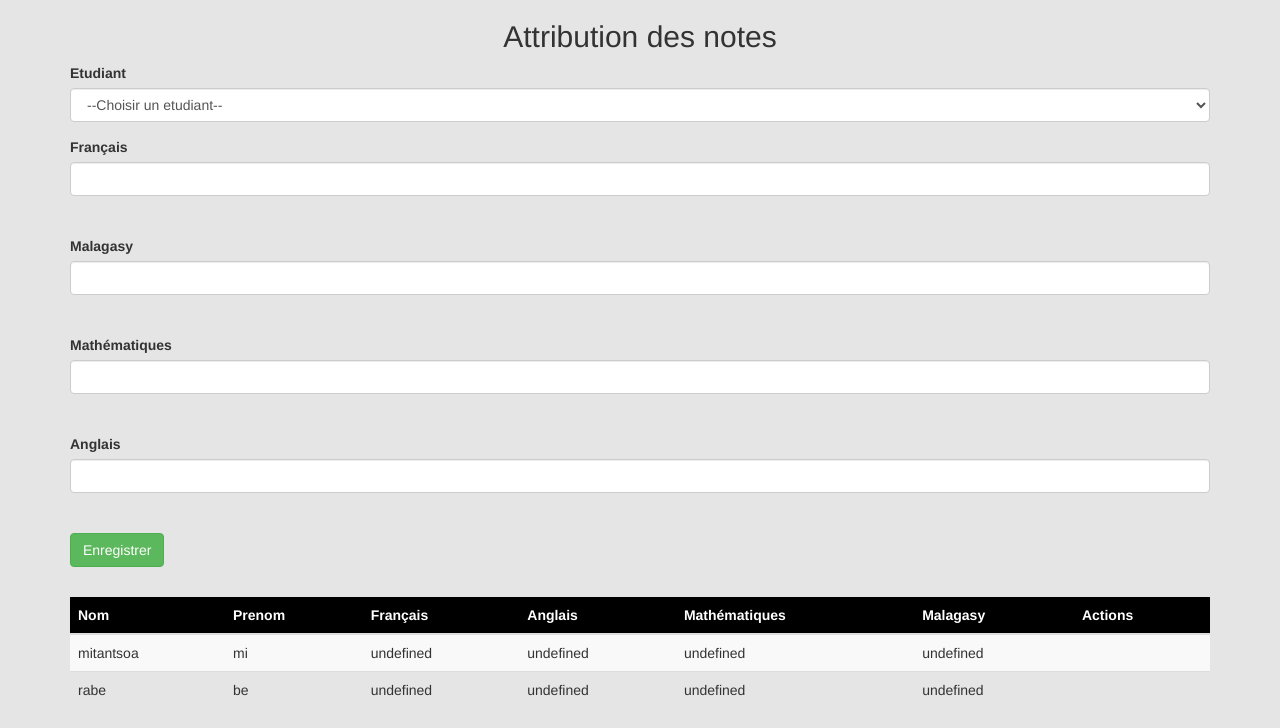
Repository: mitantsoa1/CRUD-note
Page: http://localhost/note
An editor plug-in stored every save of this project. The page is shown before and after the next save, followed by the edit.
The browser window is 1280 px wide. The pictures show the whole page.
The page is run by PHP 8.4 with error messages shown; the project is at /var/www/html/. The database holds what the project's SQL file puts in it.

Above is the page before, as saved 2021-02-12 14:40:55.
Console error: SyntaxError: Unexpected token '<'

### index.php
<?php

require_once ("Controls/Controllers.class.php");
// require_once ("Models/Database.class.php");
// Database::init("localhost","stage","root","");

if(isset($_GET['action'])){
    if(method_exists("Controllers",$_GET['action'])){
        $reflect = new ReflectionMethod("Controllers",$_GET['action']);
        $class = "Controllers";
        $reflect -> invoke(new $class);
    }else{
        Controllers::loadView("erreur.php");
    }
}else{
    Controllers::loadView("indexView.php");
}

?>

### Controls/Controllers.class.php
<?php
	class Controllers{

		public static function loadView($page){
			$page = htmlspecialchars(trim($page)) ;
			include("Views/".$page) ;
		}
		public function index(){
			Controllers::loadView("indexView");
		}
		// pour inclure les portions de page
		public static function includeTemplate($template)
		{
			$template = htmlspecialchars(trim($template));
			include "Views/template_parts/" . $template;
		}
		// inclure du JavaScript
		public static function includeJS($fields)
		{
			$script = "";
			for ($i = 0; $i < count($fields) - 1; $i++) {
				$code = htmlspecialchars(trim($fields[$i]));
				$script .= '<script src="Publics/js/' . $code . '.js"></script>' . "\n\t";
			}
			if ($i == count($fields) - 1) {
				$code = htmlspecialchars(trim($fields[count($fields) - 1]));
				$script .= '<script src="Publics/js/' . $code . '.js"></script>' . "\n";
			}
			echo $script;
		}
		// inclure du CSS
		public static function includeCSS($fields)
		{
			$css = "";
			for ($i = 0; $i < count($fields) - 1; $i++) {
				$code = htmlspecialchars(trim($fields[$i]));
				$css .= '<link rel="stylesheet" href="Publics/css/' . $code . '.css">' . "\n\t";
			}
			if ($i == count($fields) - 1) {
				$code = htmlspecialchars(trim($fields[count($fields) - 1]));
				$css .= '<link rel="stylesheet" href="Publics/css/' . $code . '.css">' . "\n";
			}
			echo $css;
		}

		public function note(){
			Controllers::loadView("note2.php");
		}
		public function matiere(){
			Controllers::loadView("matiere.php");
		}
	}

 ?>

### Views/note2.php
<!DOCTYPE html>
<html lang="en">
<head>
    <meta charset="UTF-8">
    <meta http-equiv="X-UA-Compatible" content="IE=edge">
    <meta name="viewport" content="width=device-width, initial-scale=1.0">
    <title>NOTE</title>
    <?php
Controllers::includeCSS(["all","bootstrap.min","sweetalert2.min","style","util"]);
?>
</head>
<body>
    <div class="container note-content">
        <h2 class="text-center">Attribution des notes</h2>
        <form action="" id="formulaire">

            <?php
                include('Models/Database.class.php');
                $db = new Database();
                $tab = $db->select("etudiant")
                            ->execute(null);
                echo "<div class='form-group'><label> Etudiant</label> <select id='select_etudiant_note' class='form-control'>
                 <option value='choisir' selected='selected'>--Choisir un etudiant--</option>";

                    for($i=0;$i<count($tab);$i++){
                        echo"
                            <option value='".$tab[$i]->id."'>".$tab[$i]->nom." ".$tab[$i]->prenom."</option>
                        ";
                    }

                echo "</select></div>";




            ?>
            <input type="hidden" id="id_note">
            <label for="">Français</label>
            <input type="number" id="fr" class="form-control"><br><br>
            <label for="">Malagasy</label>
            <input type="number" id="mal" class="form-control"><br><br>

            <label for="">Mathématiques</label>
            <input type="number" id="maths" class="form-control"><br><br>
            <label for="">Anglais</label>
            <input type="number" id="ang" class="form-control"><br><br>

                <a href="#" class="btn btn-success" id="b_note">Enregistrer</a>
                <a href="#" id="b_matiere_modif" class="hide btn btn-success">Modifier</a>
                <a href="#" id="b_matiere_annuler" class="hide btn btn-info hide">Annuler</a>


        </form>
        <br>
    </div>
    <div class="container">
        <div class="total_note"></div>
    </div>


 <?php
Controllers::includeJS(["jquery","bootstrap.min","all","sweetalert2.min","form-plugin","note2","note_function"]);
?>
</body>
</html>

### Models/Database.class.php
<?php
class Database{
	private $query,$nombreParam, $lastTable;
	private static $conn,$host,$base,$user,$pass,$port ;
		// bd = new PDO("mysql:host=localhost;dbname=nom","user","pass")
		// initialisation
	public static function init($hote,$base,$port,$user,$pass) {
		self::$host=htmlspecialchars(trim($hote)) ;
		self::$base=htmlspecialchars(trim($base)) ;
		self::$user=htmlspecialchars(trim($user)) ;
		self::$pass=htmlspecialchars(trim($pass)) ;

	}
	public static function db() {
		$options = array(PDO::MYSQL_ATTR_INIT_COMMAND => 'SET NAMES utf8',
);


		$url ="mysql:host=".self::$host.";port=".self::$port.";dbname=".self::$base;
		if(!isset(self::$conn)) {
			self::$conn = new PDO($url,self::$user,self::$pass,$options);
		}
		return self::$conn ;

	}
		// execution du requete
	public function execute($value=null) {

			// tester s'il y des trous dans les requetes
			// si c'est une requete de selection
		if (strpos($this->query,"SELECT")>-1) {

			if (strpos($this->query,"?")>-1 ){
				$req = self::db()->prepare($this->query) ;
				$req->execute($value) ;
			}
			else {
				$req = self::db()->query($this->query) ;
			}


			return $req->fetchAll(PDO::FETCH_OBJ);
		}
		else {
			if (strpos($this->query,"?")>-1 ){
				$req = self::db()->prepare($this->query) ;
				$req->execute($value) ;

			}
			else {
				self::db()->query($this->query) ;
			}


			return 0 ;
		}



	}
	public function getQuery() {
		echo $this->query ;
	}
	public function select($table){
		$table=htmlspecialchars(trim($table)) ;
		$this->query = "SELECT * FROM ".$table ;
		$this->lastTable =$table ;
		return $this ;
	}
	public function where($id,$operateur){
		$this->query .= " WHERE ".$id."".$operateur."?";

		return $this ;
	}
	public function et($id,$operateur) {
		$this->query .= " AND ".$id."".$operateur."?";

		return $this ;
	}
	public function ou($id,$operateur) {
		$this->query .= " OR ".$id."".$operateur."?";

		return $this ;
	}
		// insertion
	public function insert($table) {
		$this->query="INSERT INTO ".$table ;
		return $this ;
	}
	// mise à jours
	public function update($table) {
		$this->query="UPDATE ".$table ;
		return $this ;
	}
	public function parametters($fields) {
		if (strpos($this->query,"INSERT")>-1){
			// insertion
			$listeFields="(" ;
			$valeur="VALUES (" ;
			for ($i=0; $i <count($fields) ; $i++) {
				$listeFields.=$fields[$i]."," ;
				$valeur.="?," ;
			}

			$listeFields=trim($listeFields,",").")" ;

			$valeur=trim($valeur,",").")" ;
			$this->query.=" ".$listeFields ;
			$this->query.=" ".$valeur ;
		}
		else if (strpos($this->query,"UPDATE")>-1){
			$listeFields="SET " ;
			for ($i=0; $i <count($fields); $i++) {
				$listeFields.=$fields[$i]."=?," ;
			}
			$listeFields=trim($listeFields,",") ;
			$this->query.=" ".$listeFields ;
		}

		return $this ;
	}

		// suppréssion
	public function delete($table) {
		$table=htmlspecialchars(trim($table)) ;
		$this->query=" DELETE FROM ".$table;
		return $this ;
	}
	public function order($param) {
		$this->query.=" ORDER BY " ;
		$listeOrder="" ;
		foreach ($param as $key => $value) {
			$listeOrder.=$key. " ".$value."," ;
		}
		$listeOrder=trim($listeOrder,",") ;
		$this->query.=$listeOrder ;
		return $this ;
	}
	public function inner($table2,$id1) {
		$table2=htmlspecialchars(trim($table2)) ;
		$id1= htmlspecialchars(trim($id1)) ;

		$this->query.=" INNER JOIN ".$table2." ON ".$this->lastTable.".".$id1."=".$table2.".".$id1 ;
		$this->lastTable=$table2;
		return $this;
	}
	// inner join id différent
	public function innerD($table2,$id1,$id2) {
		$table2=htmlspecialchars(trim($table2)) ;
		$id1= htmlspecialchars(trim($id1)) ;

		$this->query.=" INNER JOIN ".$table2." ON ".$this->lastTable.".".$id1."=".$table2.".".$id2 ;
		$this->lastTable=$table2;
		return $this;
	}
	public function sum($table,$fields) {
		$fields = htmlspecialchars(trim($fields)) ;
		$table = htmlspecialchars(trim($table)) ;
		$this->query="SELECT SUM(".$fields.") AS somme FROM ".$table ;
		return $this ;
	}
	// selection avec paramètre
	public function selectParam($table,$listeFields) {
		$reqBase ="SELECT " ;
		for ($i=0; $i <count($listeFields) ; $i++) {
			$reqBase.=$listeFields[$i]."," ;
		}
		$this->query = trim($reqBase,",")." FROM ".$table;
		return $this ;


	}
	public function customSelect($requete) {
		$req = self::db()->query($requete) ;

		return $req->fetchAll(PDO::FETCH_OBJ);
	}

}
	Database::init("localhost","scolarite","3306","root","");

	//ALTER TABLE `note` ADD `francais` IF NOT EXISTS DOUBLE NOT NULL DEFAULT '0.0'
// $db = new Database();
// //  $tab = $db->select("note")
                //  $db->select("note")
                //     ->inner("etudiant","id")
				// 	->getQuery();
?>

### Views/erreur.php
<!DOCTYPE html>
<html lang="fr">
<head>
    <meta charset="UTF-8">
    <meta name="viewport" content="width=device-width, initial-scale=1.0">
    <title>Page invalide</title>
</head>
<body>
    <h1>ERROR 404</h1>

        <p>Cette page n'est pas disponible</p>
</body>
</html>

### Controls/ajax.php
<?php
    include("../Models/Database.class.php");
    header('Content-type: application/json');
    $db = new Database();

    if(isset($_POST['data'])){
        $tab = $db->select("etudiant")
                ->execute();
        echo json_encode($tab);
    }

    if(isset($_POST['nom'])){
        $nom = htmlspecialchars(trim($_POST['nom']));
        $prenom = htmlspecialchars(trim($_POST['prenom']));
        $dtn = htmlspecialchars(trim($_POST['date_naissance']));
        $sexe = $_POST['sexe'];

        $db->insert("etudiant")
            ->parametters(["nom","prenom","date_de_naissance","sexe"])
            ->execute([$nom,$prenom,$dtn,$sexe]);
        echo json_encode("ok");
    }

    if(isset($_POST['id_effacer'])){
        $db->delete("etudiant")
            ->where("id","=")
            ->execute([$_POST['id_effacer']]);
        echo json_encode("effacer");
    }

    if(isset($_POST['id_modifier'])){
        $tab=$db->select("etudiant")
            ->where("id","=")
            ->execute([$_POST['id_modifier']]);
        echo json_encode($tab);
    }
    if(isset($_POST['nom_modif'])){
        $nom = htmlspecialchars(trim($_POST['nom_modif']));
        $prenom = htmlspecialchars(trim($_POST['prenom']));
        $dtn = htmlspecialchars(trim($_POST['date_naissance']));
        $sexe = $_POST['sexe'];
        $id = htmlspecialchars(trim($_POST["id"]));

        $db->update("etudiant")
            ->parametters(["nom","prenom","date_de_naissance","sexe"])
            ->where("id","=")
            ->execute([$nom,$prenom,$dtn,$sexe,$id]);
        echo json_encode("ok");
    }

    if(isset($_POST['etudiant'])){
        $tab=$db->select("etudiant")
                ->where("id","=")
                ->execute([$_POST['etudiant']]);
        echo json_encode($tab);
    }

    if(isset($_POST["affiche_matiere"])){
        $tab=$db->select("matiere")
                ->execute(null);
        echo json_encode($tab);
    }

    if(isset($_POST["nom_matiere"])){
        $matiere = htmlspecialchars(trim($_POST["nom_matiere"]));
        $tab=$db->select("matiere")
                ->where("nom_matiere","=")
                ->execute([$matiere]);

                if(count($tab)>0){
                    echo json_encode("non");
                }else{
                    $db->insert("matiere")
                        ->parametters(["nom_matiere"])
                        ->execute([$matiere]);
                        //APINA ALTER TABLE
                    echo json_encode("ok");
                }
    }

    if(isset($_POST['id_mat_effacer'])){
        $db->delete("matiere")
            ->where("id_matiere","=")
            ->execute([$_POST['id_mat_effacer']]);
        echo json_encode("effacer");
    }

    if(isset($_POST['id_mat_modifier'])){
        $tab=$db->select("matiere")
            ->where("id_matiere","=")
            ->execute([$_POST['id_mat_modifier']]);
        echo json_encode($tab);
    }
    if(isset($_POST['nom_mat_modif'])){
        $matiere = htmlspecialchars(trim($_POST['nom_mat_modif']));
        $id = htmlspecialchars(trim($_POST["id"]));

        $db->update("matiere")
            ->parametters(["nom_matiere"])
            ->where("id_matiere","=")
            ->execute([$matiere,$id]);
        echo json_encode("ok");
    }

    if(isset($_POST['affiche_note'])){
        $tab = $db->select("matiere")
                    ->execute(null);

        echo json_encode($tab);

    }

    if(isset($_POST['id_etudiant'])){
        $tab = $db->select("note")
                    ->innerD("etudiant","id_etudiant","id")
                    ->et("note.id_etudiant","=")
                    ->execute([$_POST['id_etudiant']]);

                    echo json_encode($tab);
    }

    if(isset($_POST['tosend'])){
        $fr=htmlspecialchars(trim($_POST['français'])) ;
        $en =htmlspecialchars(trim($_POST['english']));
        $maths =htmlspecialchars(trim( $_POST['mathematiques'])) ;
        $mal =htmlspecialchars(trim($_POST['Malagasy'])) ;

        $db->insert("note")
           ->parametters(["id_etudiant","francais","english","mathematiques","Malagasy"])
           ->execute([6,$fr,$en,$maths,$mal]);
    }

    if(isset($_POST['id_et'])){
        $fr=htmlspecialchars(trim($_POST['fr'])) ;
        $ang =htmlspecialchars(trim($_POST['ang']));
        $maths =htmlspecialchars(trim( $_POST['maths'])) ;
        $mal =htmlspecialchars(trim($_POST['mal'])) ;
        $id_et = $_POST['id_et'];

        $tab =$db->select("note")
                ->where("id","=")
                    ->execute([$id_et]);
            if(count($tab)>0){
                echo json_encode("erreur");
            }else{
                $db->insert("note")
                    ->parametters(["id","francais","anglais","mathematiques","Malagasy"])
                    ->execute([$id_et,$fr,$ang,$maths,$mal]);
                    echo json_encode("ok");
            }

    }

    // if(isset($_POST['AllNote2'])){
    //     $table = $db->select("note")
    //                 // ->inner("note","id")
    //                 ->execute(null);
    //     echo json_encode($table);
    // }

    if(isset($_POST['id_effacer_note'])){
        $db = $db->delete("note")
                ->where("id_note","")
                ->execute([$_POST['id_effacer_note']]);
            echo json_encode("delete");

    }

    if(isset($_POST['id_mod_note'])){
        $tab = $db->select("note")
                    ->where("id_note","=")
                    ->execute([$_POST['id_mod_note']]);
        echo json_encode($tab);
    }
    if(isset($_POST['id_et_modif'])){
        $fr=htmlspecialchars(trim($_POST['fr'])) ;
        $ang =htmlspecialchars(trim($_POST['ang']));
        $maths =htmlspecialchars(trim( $_POST['maths'])) ;
        $mal =htmlspecialchars(trim($_POST['mal'])) ;
        $id_et = $_POST['id_et'];
        $id_n = htmlspecialchars(trim($_POST['id_n'])) ;


                $db->update("note")
                    ->parametters(["id","francais","anglais","mathematiques","Malagasy"])
                    ->where("id_note","=")
                    ->execute([$id_et,$fr,$ang,$maths,$mal,$id_n]);
                    echo json_encode("ok");


    }

?>

### Publics/css/style.css
body {
    margin: 0;
    padding: 0;
    background: rgba(0, 0, 0, .1);
}

.content {
    width: 50vw;
    min-width: 300px;
    background: white;
    padding: 10px 20px 0 !important;
    margin: 10px auto;
    border: white 1px solid !important;
    border-radius: 10px !important;
}

.content .titre {
    padding: 0;
    margin: 0;
}

.boutton {
    display: block;
    margin: 0 auto;
    width: 100px;
}

#btn_modification {
    margin-left: 30%;
}

.table_etudiant {
    position: relative;
    height: auto;
    max-height: 150px;
    overflow: auto;
}

.table_etudiant thead {
    position: sticky;
    top: 0;
    background: black;
    color: white;
}

### Publics/js/note2.js
function selectionNote() {
    $.ajax({
        url: "Controls/ajax.php",
        type: "POST",
        data: "data=AllNote2",
        datatype: "json",
        success: function(data) {
            console.log(data);
            if (data.length > 0) {
                var table_affichage = "<div class='table_etudiant'> <table class='table table-striped  m-t-10' style='position: relative !important;'><thead style='position: sticky !important;z-index: 1000;'><th>Nom</th><th>Prenom</th><th>Français</th><th>Anglais</th><th>Mathématiques</th><th>Malagasy</th><th>Actions</th></thead><tbody>";
                for (var i = 0; i < data.length; i++) {
                    table_affichage = table_affichage + "<tr><td>" + data[i].nom + "</td><td>" + data[i].prenom + "</td><td>" + data[i].francais + "</td><td>" + data[i].anglais + "</td><td>" + data[i].mathematiques + "</td><td>" + data[i].Malagasy + "</td><td><a href='#' class=' glyph'  data-toggle='tooltip' data-placement='bottom' title='effacer' onclick='eff(" + data[i].id_note + ")'> <i class='fa fa-trash'></i></a><a href='#' class='glyph' data-toggle='tooltip'  data-placement='bottom' title='modifier' onclick='mod(" + data[i].id_note + ")'> <i class='fa fa-edit'></i></a>";
                }
                table_affichage = table_affichage + "</td></tr></tbody></table></div>";

                $('.total_note').html(table_affichage);
            } else {
                $('.total_note').html("Il n'y a pas d'etudiant");
            }

        }
    })
}
selectionNote();

$('#b_note').on('click', function() {
    var id_et = $('#select_etudiant_note').val();
    var fr = $('#fr').val();
    var mal = $('#mal').val();
    var maths = $('#maths').val();
    var ang = $('#ang').val();

    var data = "id_et=" + id_et + "&fr=" + fr + "&mal=" + mal + "&maths=" + maths + "&ang=" + ang;

    $.ajax({
        url: "Controls/ajax.php",
        type: "POST",
        data: data,
        datatype: "json",
        success: function(data) {

            if (data == "ok") {
                selectionNote();
                $('#fr').val("");

                $('#mal').val("");

                $('#maths').val("");

                $('#ang').val("");

                Swal.fire({
                    position: "center",
                    icon: "success",
                    title: "succes!"
                });

            } else if (data == "erreur") {
                Swal.fire({
                    position: "center",
                    icon: "warning",
                    title: "Impossible!"
                });
            }

        }
    })
})

### scolarite.sql (the tables this page reads)
CREATE TABLE IF NOT EXISTS `etudiant` (
  `id` int(11) NOT NULL AUTO_INCREMENT,
  `nom` varchar(255) NOT NULL,
  `prenom` varchar(255) NOT NULL,
  `date_de_naissance` date NOT NULL,
  `sexe` varchar(30) NOT NULL,
  PRIMARY KEY (`id`)
) ENGINE=MyISAM AUTO_INCREMENT=9 DEFAULT CHARSET=utf8;

INSERT INTO `etudiant` (`id`, `nom`, `prenom`, `date_de_naissance`, `sexe`) VALUES
(5, 'mitantsoa', 'mi', '2021-01-26', 'femme'),
(8, 'rabe', 'be', '2021-01-25', 'femme');

Loaded but not shown: Publics/css/all.css (library); Publics/css/bootstrap.min.css (library); Publics/css/sweetalert2.min.css (library); Publics/js/jquery.js (library); Publics/js/bootstrap.min.js (library); Publics/js/form-plugin.js (167 lines, source omitted); Publics/js/note_function.js (104 lines, source omitted); Publics/css/util.css (9878 lines, source omitted)

After the next save:
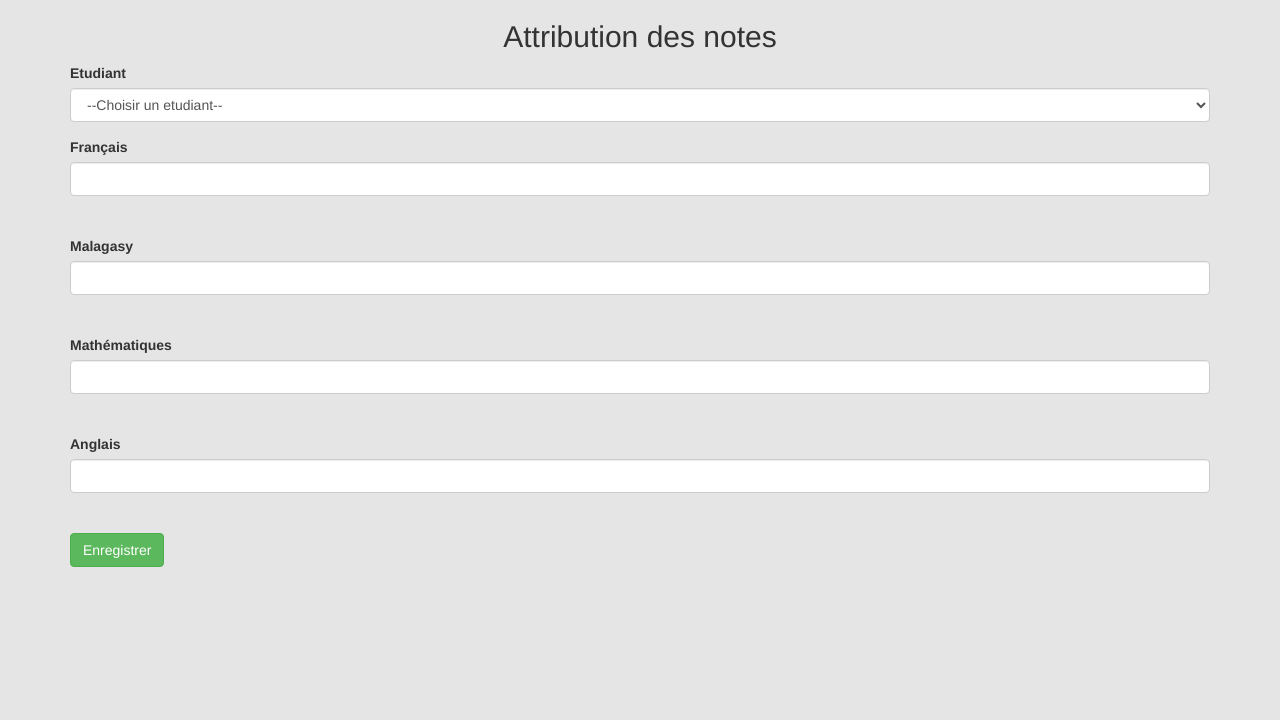
Saved 30 s later.
--- a/Views/note2.php
+++ b/Views/note2.php
@@ -54,7 +54,7 @@ Controllers::includeCSS(["all","bootstrap.min","sweetalert2.min","style","util"]
         <br>
     </div>
     <div class="container">
-        <div class="total_note"></div>
+        <div class="total_not"></div>
     </div>
 
 

After the save that followed:
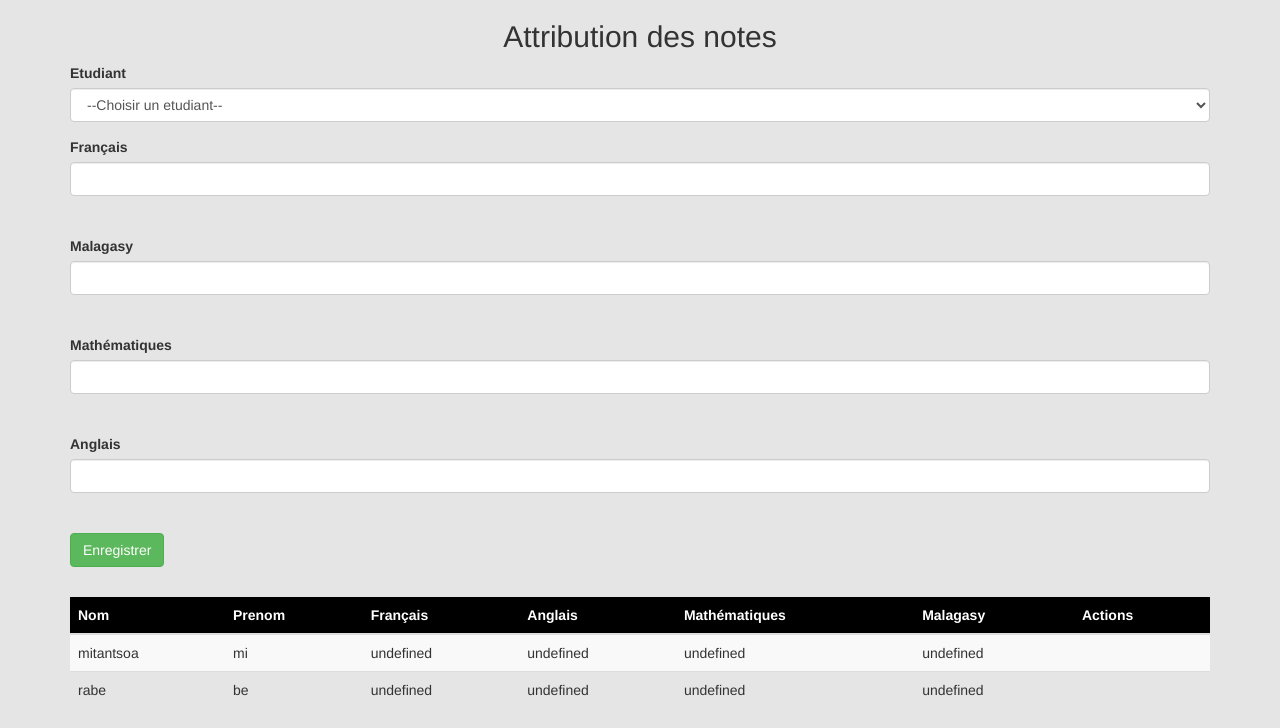
Saved 15 s later.
--- a/Publics/js/note2.js
+++ b/Publics/js/note2.js
@@ -13,9 +13,9 @@ function selectionNote() {
                 }
                 table_affichage = table_affichage + "</td></tr></tbody></table></div>";
 
-                $('.total_note').html(table_affichage);
+                $('.total_not').html(table_affichage);
             } else {
-                $('.total_note').html("Il n'y a pas d'etudiant");
+                $('.total_not').html("Il n'y a pas d'etudiant");
             }
 
         }
